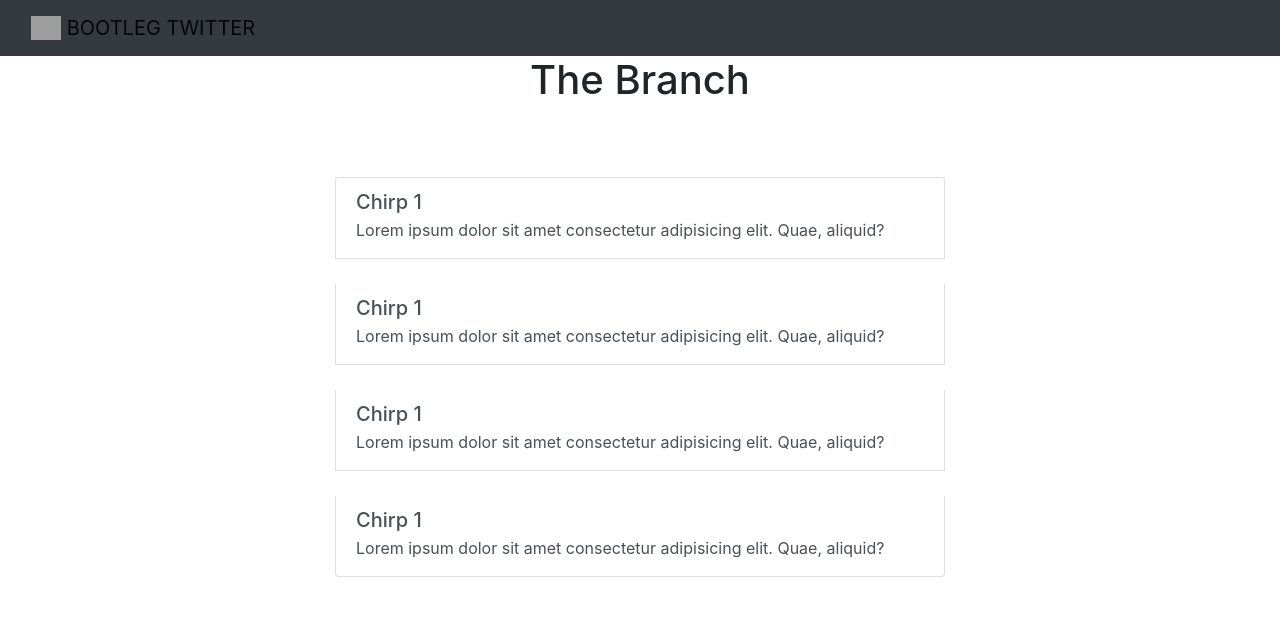
Repository: DavidDontKnow/BootlegTwitter
Page: html/FEED.HTML
The author's editor kept a copy of each file at every save. The page is drawn from the files as they stood at one save, then again after the next save.
The browser window is 1280 px wide. The pictures show the whole page.
Pictures or frames that could not be fetched are drawn as grey boxes.

Above is the page before, as saved 2023-04-06 11:05:09.

After the next save:
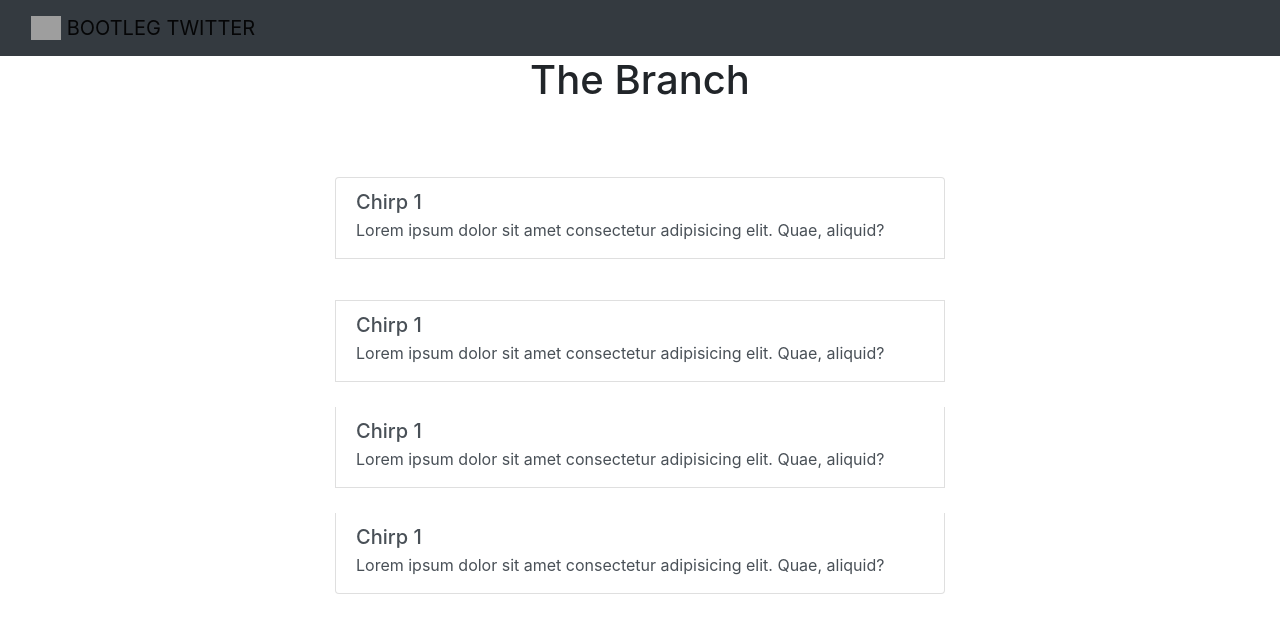
Saved 63 s later.
--- a/html/FEED.HTML
+++ b/html/FEED.HTML
@@ -32,6 +32,7 @@
                         <h5 class="mb-1">Chirp 1</h5>
                         <p class="mb-1">Lorem ipsum dolor sit amet consectetur adipisicing elit. Quae, aliquid?</p>
                     </a>
+                    <div class="mt-3"></div>
                     <a href="#" class="list-group-item list-group-item-action">
                         <h5 class="mb-1">Chirp 1</h5>
                         <p class="mb-1">Lorem ipsum dolor sit amet consectetur adipisicing elit. Quae, aliquid?</p>
